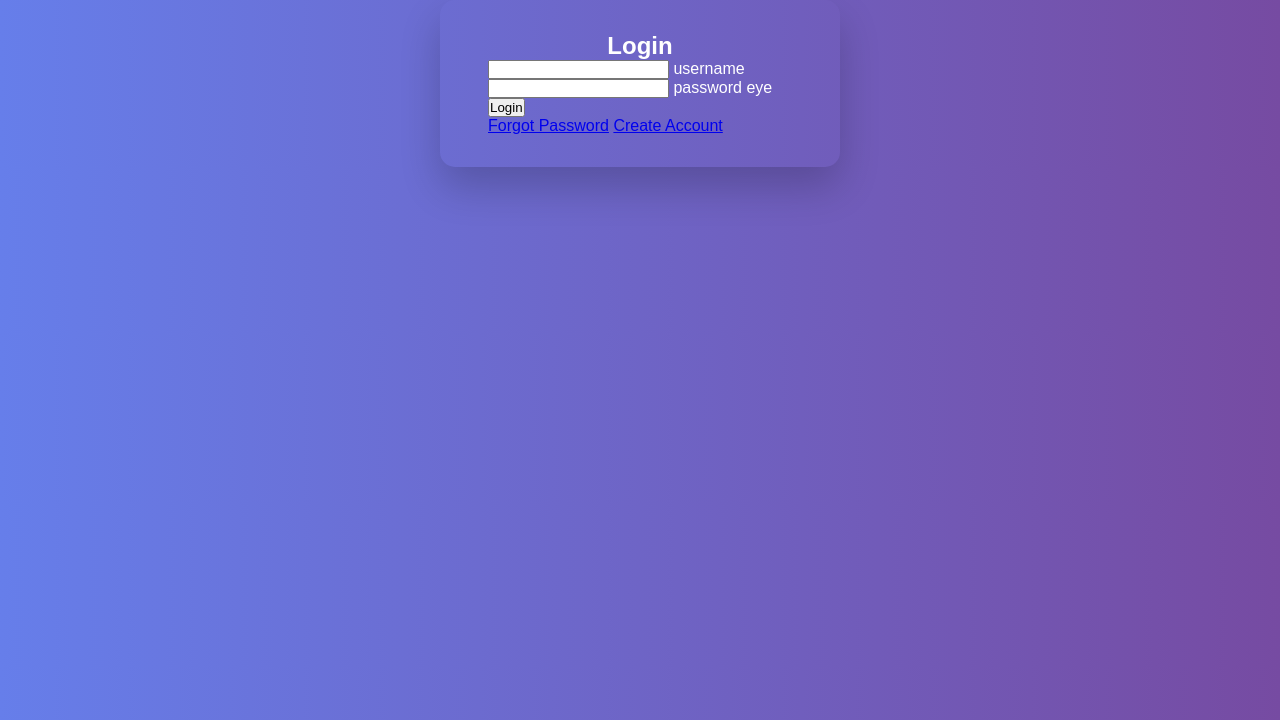
Repository: wingming07/Agro_mart
Page: login/login.html
An editor plug-in stored every save of this project. The page is shown before and after a run of saves, followed by the edit.
The browser window is 1280 px wide. The pictures show the whole page.

Above is the page before, as saved 2025-06-10 17:16:02.

After the next 2 saves:
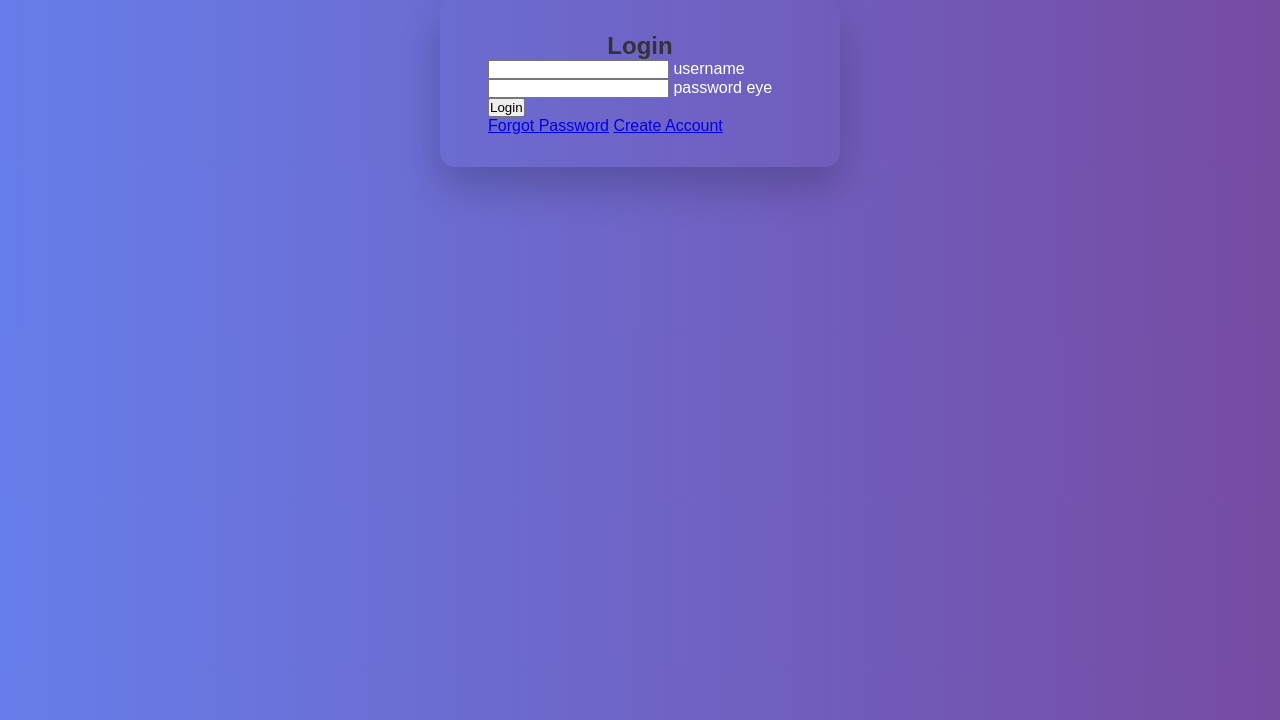
The 2 saves are shown as one change because they came seconds apart.
The last was saved 7 s later.
--- a/login/style.css
+++ b/login/style.css
@@ -22,5 +22,6 @@ body{
 }
 .login-form h2{
     text-align: center;
-    color: ;
+    color: #333;
+
 }
